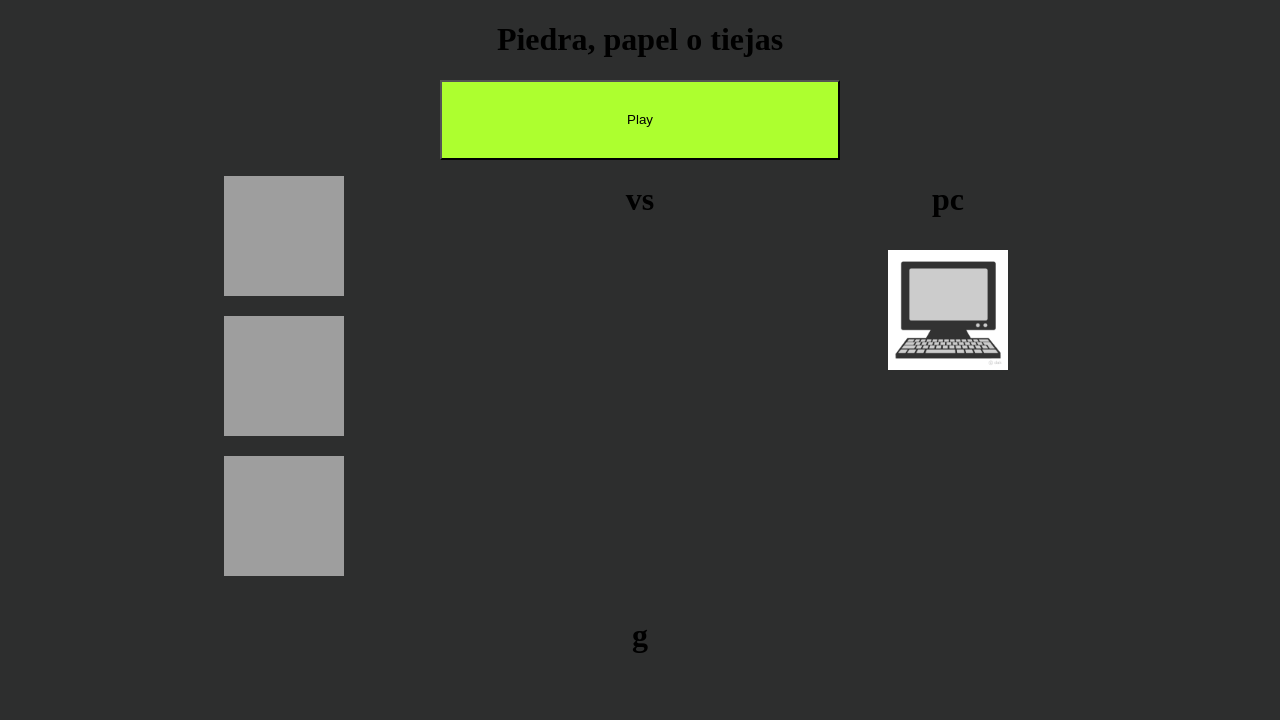
Repository: Kevin8548/FundamentosJS
Page: scissors.html
These files come from the project's save history. The page is drawn as it stood at one moment and after the next save; the edit follows.
The browser window is 1280 px wide. The pictures show the whole page.
Pictures or frames that could not be fetched are drawn as grey boxes.

Above is the page before, as saved 2024-09-23 05:53:37.
Console error: SyntaxError: Unexpected token ';'

After the next save:
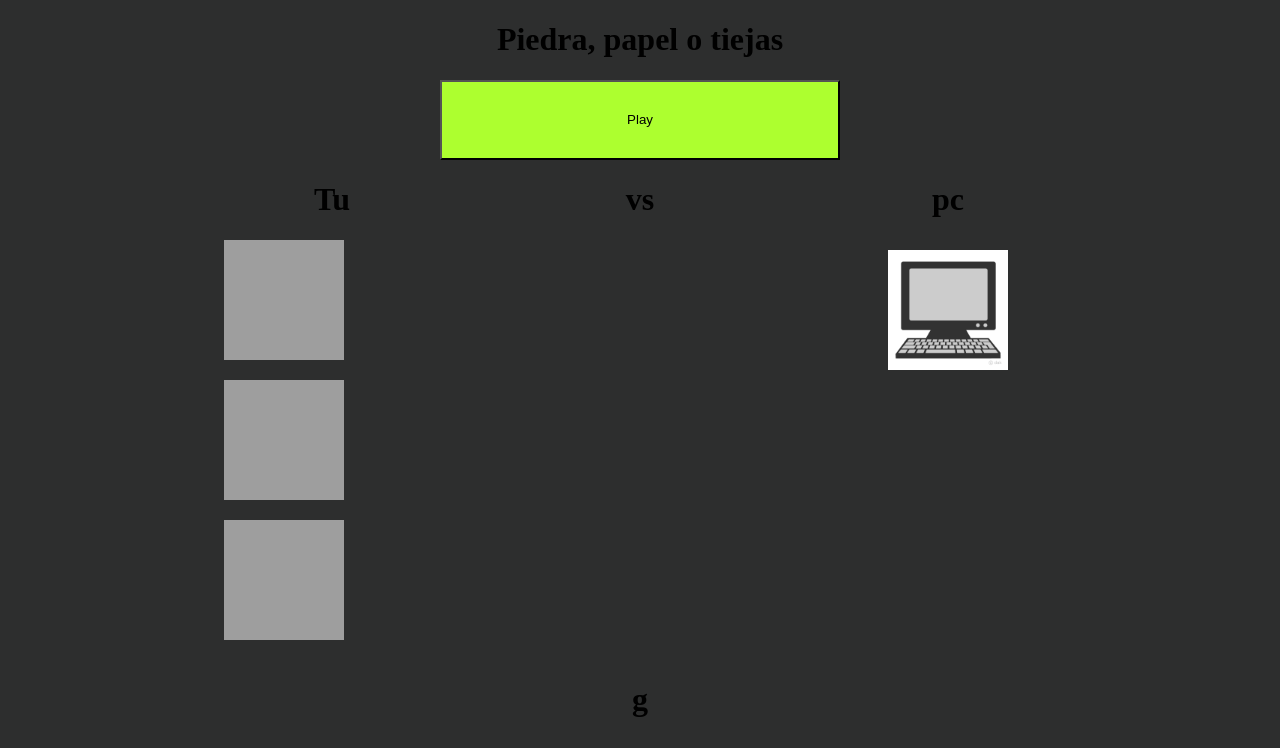
Saved 17 s later.
--- a/scissors.html
+++ b/scissors.html
@@ -14,6 +14,7 @@
         <div class="div1"> <button>Play</button> </div>
 
         <div class="div2">
+            <h1>Tu</h1>
             <p><img src="img/descarga.jpeg" alt=""></p>
             <p><img src="img/scissor-icon-transparent-free-png.webp" alt=""></p>
             <p><img src="img/png-clipart-paper-leaf-leaf-white-leaf-thumbnail.png" alt=""></p>
